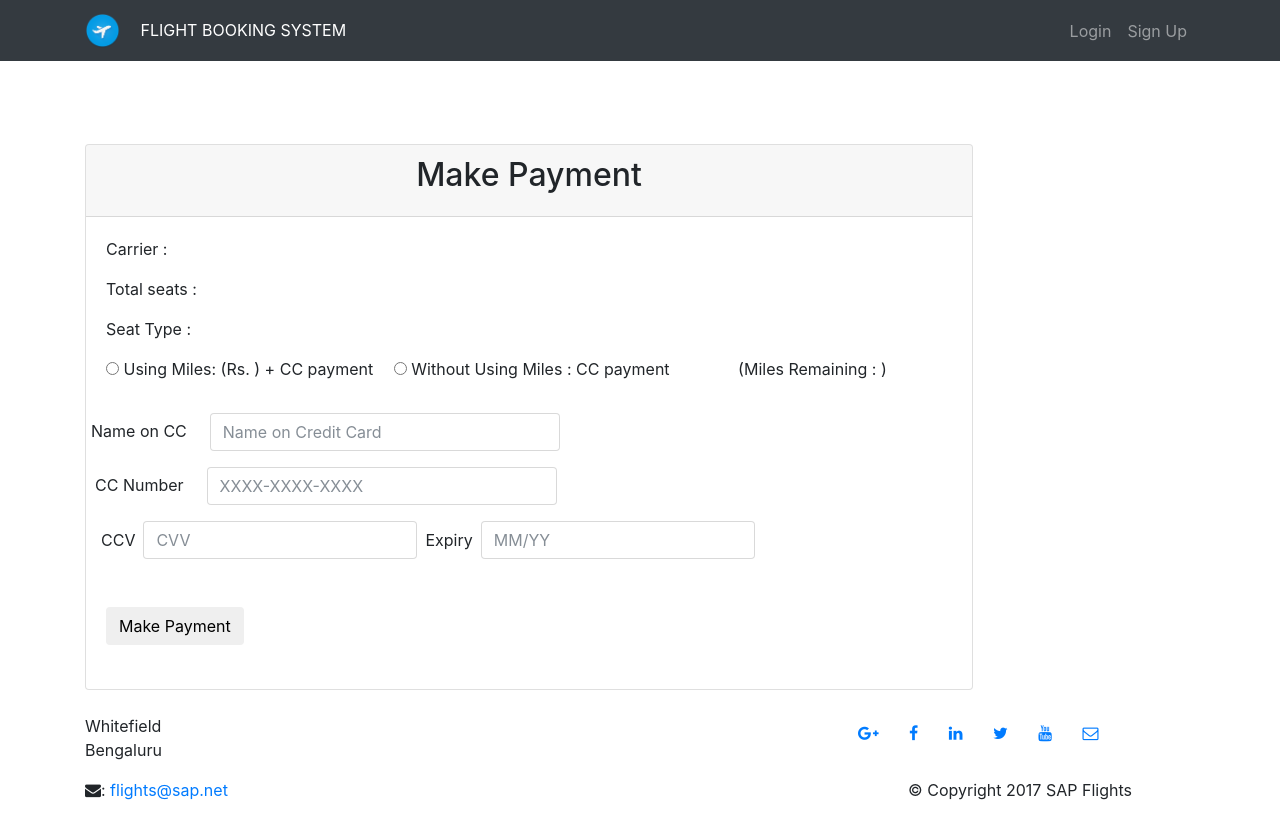
Repository: yashtatia/Spring-Practice
Page: http://localhost/FitnessTracker/WEB-INF/jsp/makePayment.jsp
The author's editor kept a copy of each file at every save. The page is drawn from the files as they stood at one save, then again after the next save.
The browser window is 1280 px wide. The pictures show the whole page.
Some web libraries are served in a nearby version. The page is served by Tomcat 9. Nobody is signed in. The template is opened directly, without the code that normally fills it, so the values that code supplies are empty.

Above is the page before, as saved 2017-09-06 07:38:12.
Console error: SyntaxError: Unexpected token ';'

After the next save:
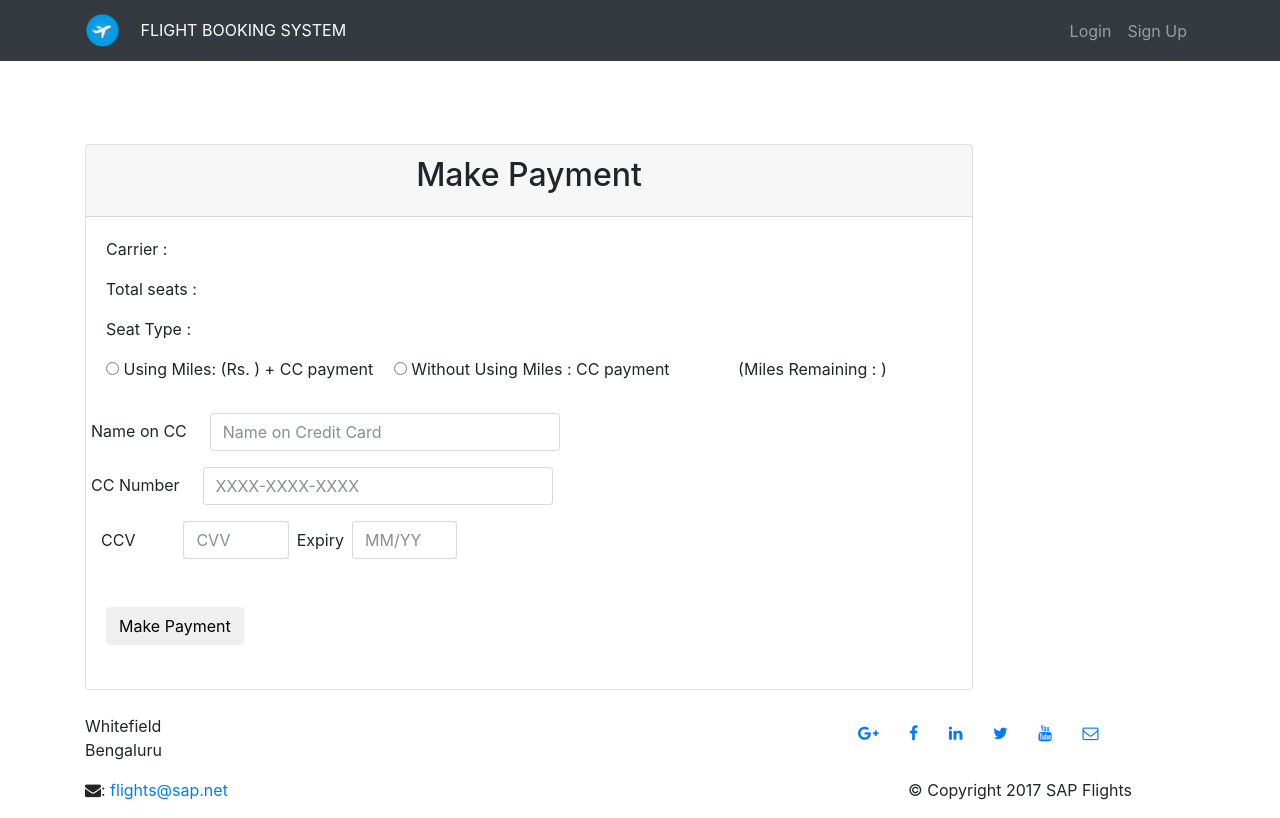
Saved 5 min 8 s later.
--- a/FitnessTracker/src/main/webapp/WEB-INF/jsp/makePayment.jsp
+++ b/FitnessTracker/src/main/webapp/WEB-INF/jsp/makePayment.jsp
@@ -46,17 +46,17 @@
 							    </div>
 							</div>
 							<div class="form-group row">
-							    <label for="input2" class="col-xs-3 col-form-label mr-2 mx-1">CC Number</label>
+							    <label for="input2" class="col-xs-3 col-form-label mr-2">CC Number</label>
 							    <div class="col-sm-10">
 							      <form:input path="cc_number" type="text" name="cc_number" id="cc_number" placeholder="XXXX-XXXX-XXXX" class="form-control" style="max-width: 50%;" />
 							    </div>
 							</div>
 							<div class="form-row">
 									<div class="form-inline">
-										<label class="mr-sm-2 mb-0" for="cvv">CCV</label>
-											<form:input path="cc_cvv" type="password" name="cc_cvv" id="cc_cvv" placeholder="CVV" class="form-control mr-sm-2 mb-2 mb-sm-0"  style="max-width: 50%" />
+										<label class="mr-sm-5 mb-0" for="cvv">CCV</label>
+											<form:input path="cc_cvv" type="password" name="cc_cvv" id="cc_cvv" placeholder="CVV" class="form-control mr-sm-2 mb-2 mb-sm-0"  style="max-width: 15%" />
 									<label class="mr-sm-2 mb-0" for="last_name">Expiry</label>
-											<form:input path="cc_expiry"  type="text" class="form-control mr-sm-2 mb-2 mb-sm-0" name="cc_expiry" id="cc_expiry" style="max-width: 50%" placeholder="MM/YY"/>
+											<form:input path="cc_expiry"  type="text" class="form-control mr-sm-2 mb-2 mb-sm-0" name="cc_expiry" id="cc_expiry" style="max-width: 15%" placeholder="MM/YY"/>
 									</div>
 							</div>
 							<br />
